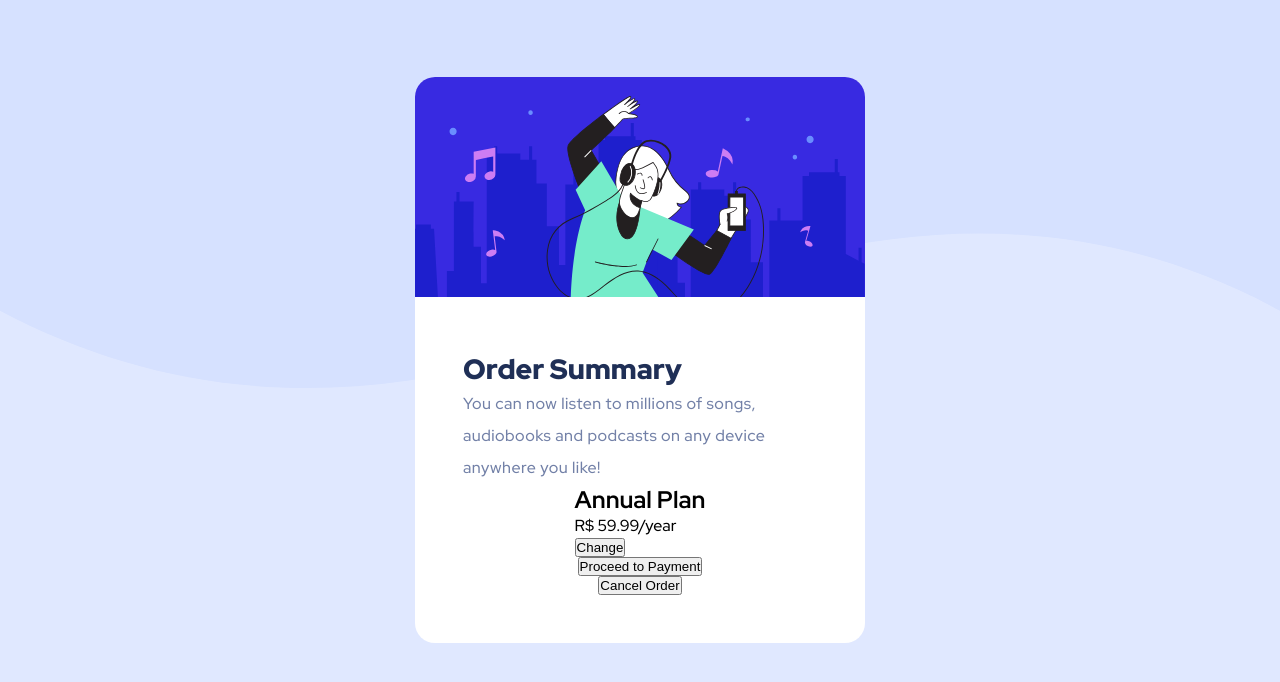
Repository: gccavalheiro/order-summary-card
Page: index.html
An editor plug-in stored every save of this project. The page is shown before and after the next save, followed by the edit.
The browser window is 1280 px wide. The pictures show the whole page.

Above is the page before, as saved 2021-12-17 02:07:59.

After the next save:
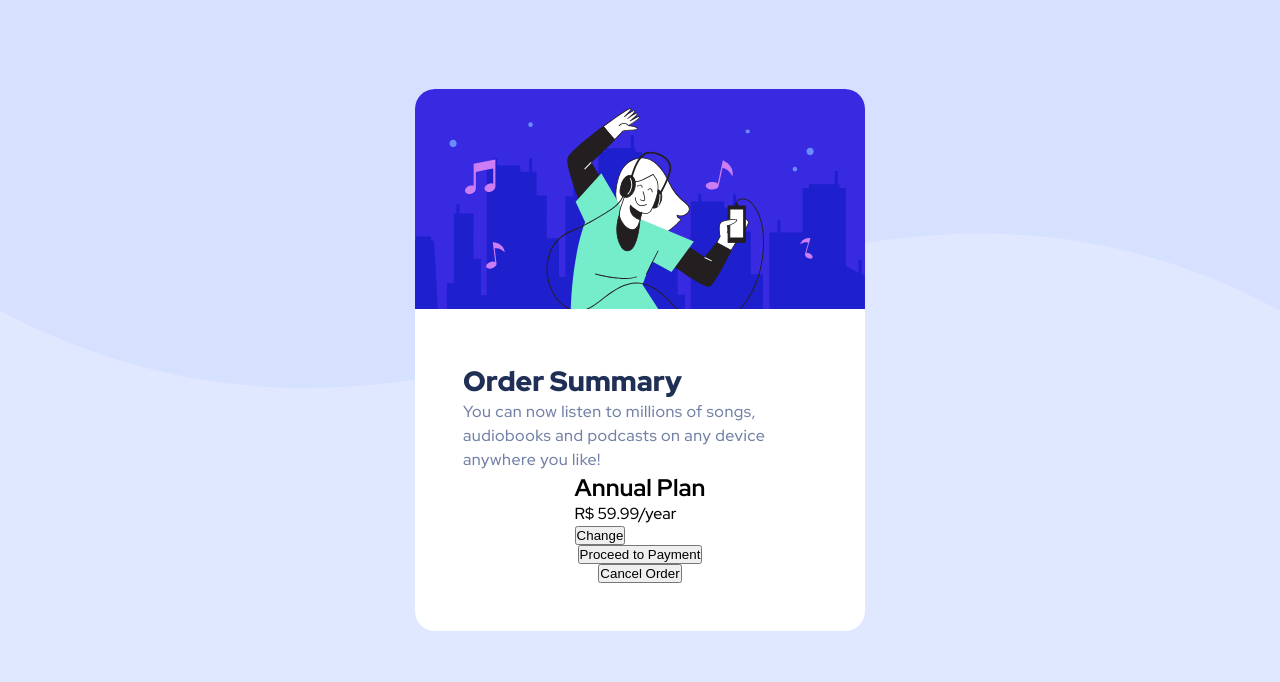
Saved 34 s later.
--- a/assets/css/main.css
+++ b/assets/css/main.css
@@ -75,7 +75,7 @@
   color: var(--desaturated-blue);
   font-weight: 500;
   letter-spacing: 0.03em;
-  line-height: 2;
+  line-height: 1.5;
 }
 
 

After the save that followed:
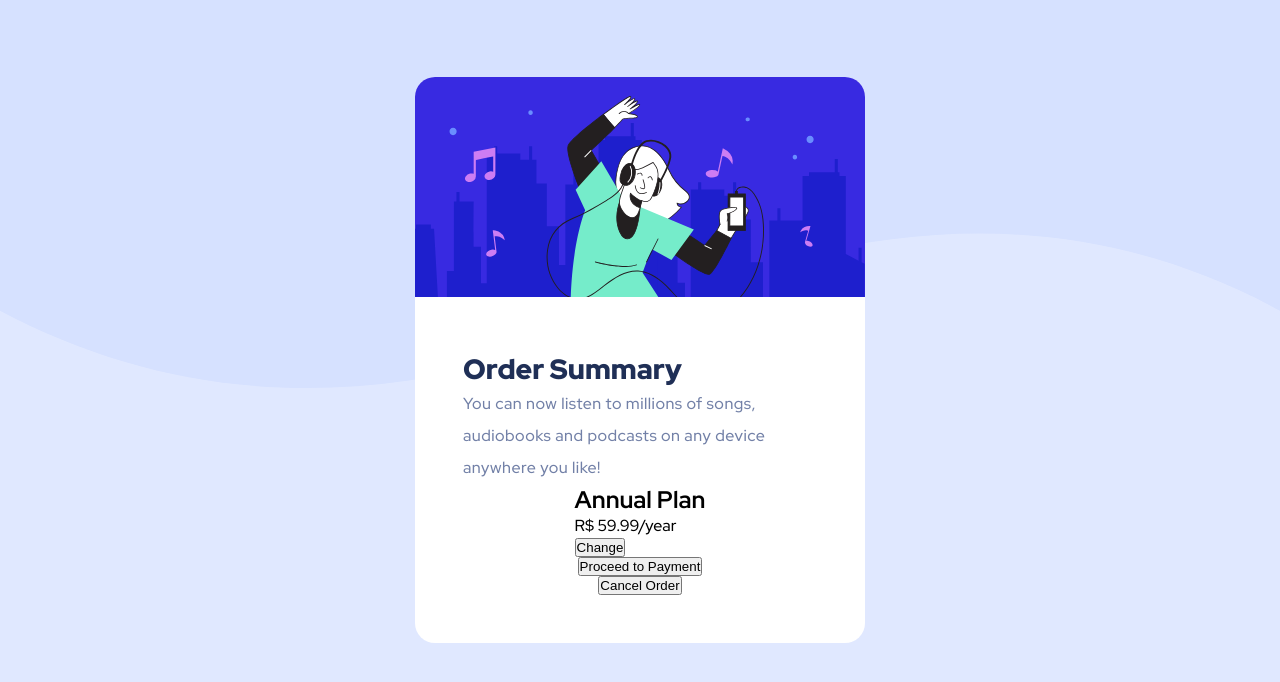
Saved 8 s later.
--- a/assets/css/main.css
+++ b/assets/css/main.css
@@ -75,7 +75,7 @@
   color: var(--desaturated-blue);
   font-weight: 500;
   letter-spacing: 0.03em;
-  line-height: 1.5;
+  line-height: 2;
 }
 
 
